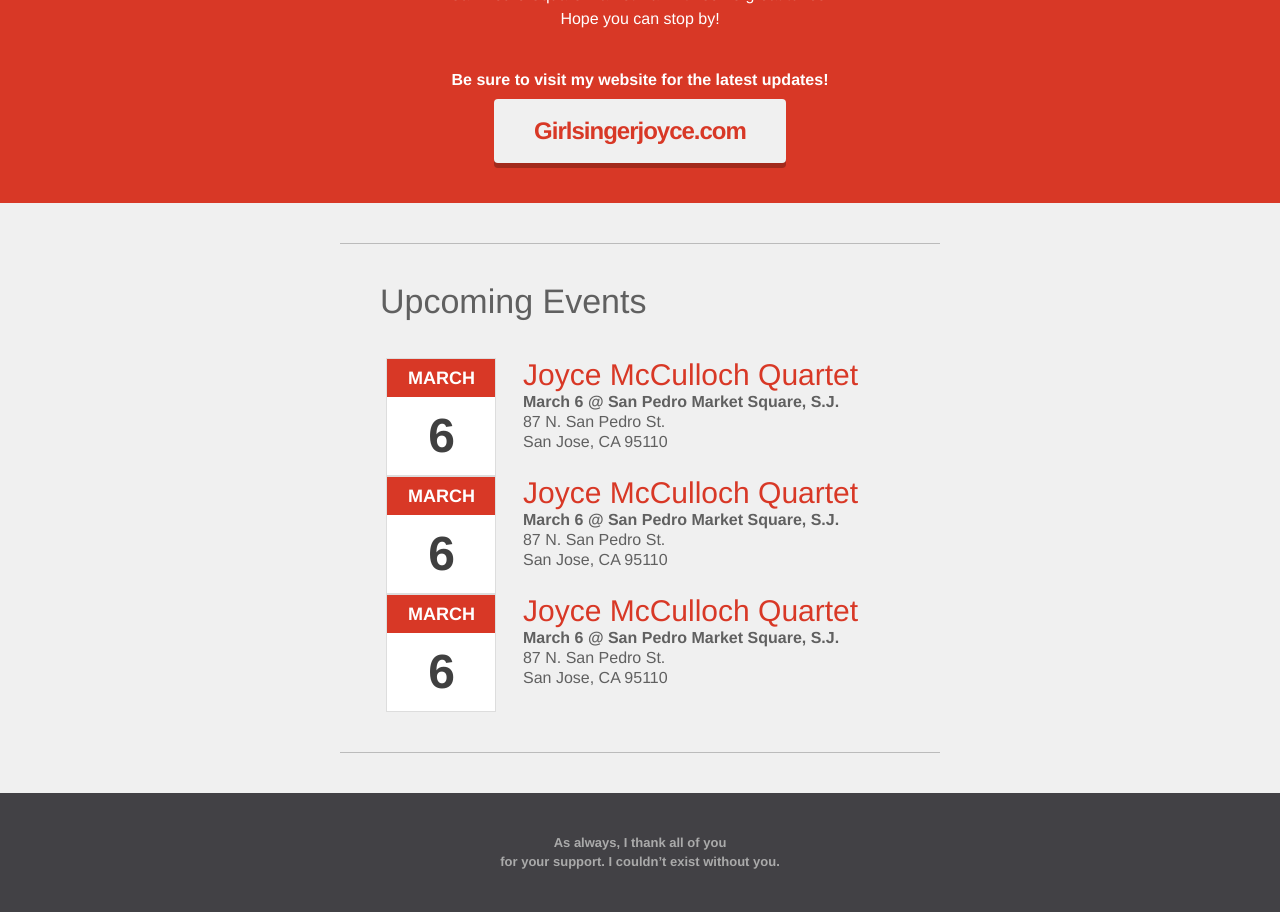
Repository: rmcc0724/html_challenge
Page: html-email/index.html
The author's editor kept a record of every edit. The page is drawn from the files as they stood at one moment, then again after the next edit.
The browser window is 1280 px wide. The pictures show the part of the page from y = 672 to 1624 px (the page is 1584 px tall before and 1624 px after).

Above is the page before.

After the next edit:
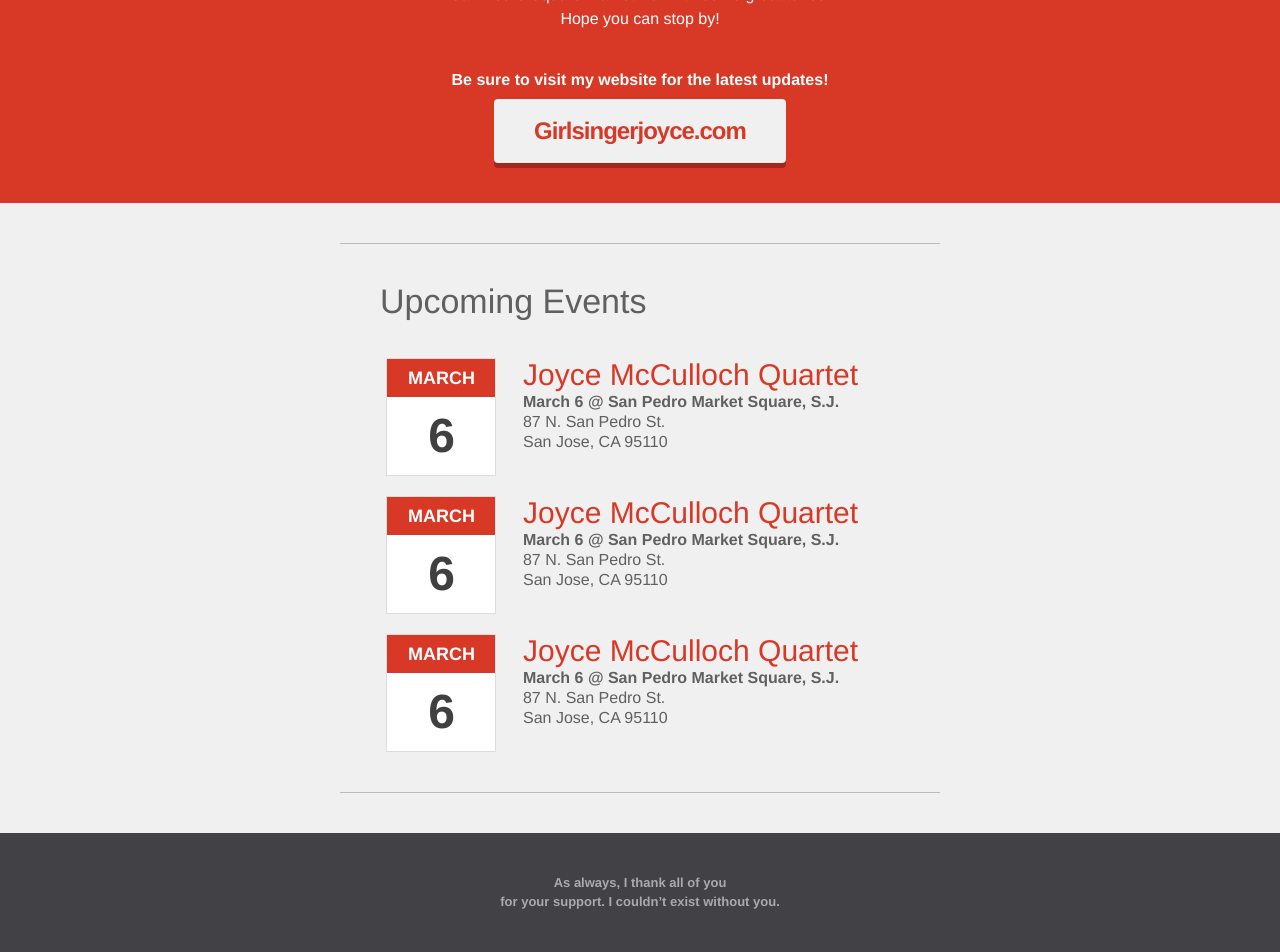
The edit:
--- a/html-email/index.html
+++ b/html-email/index.html
@@ -391,6 +391,10 @@
 
         td.footerContent {
             padding-bottom: 0;
+        }
+
+        table.event-table {
+            margin-bottom: 20px;
         }
 
         /*////// MOBILE STYLES //////*/
